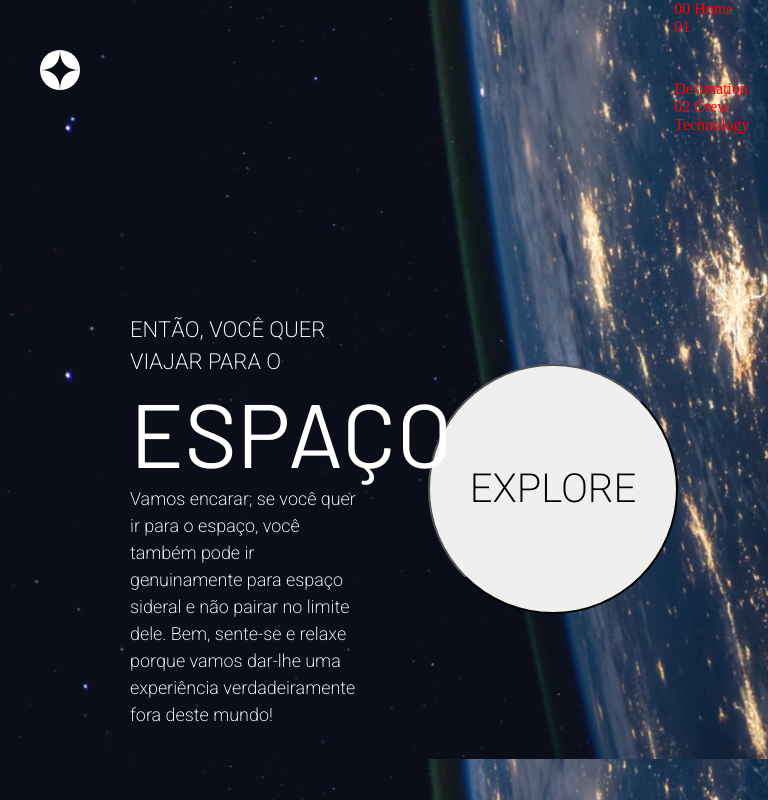
Repository: Leonngc/space-site
Page: space-tourism-website-main/space-tourism-website-main/starter-code/index.html
An editor plug-in stored every save of this project. The page is shown before and after a run of saves, followed by the edit.
The browser window is 768 px wide. The pictures show the whole page.
Some icons come from a web library that is not loaded, so they are not drawn.

Above is the page before, as saved 2023-04-29 16:26:49.

### space-tourism-website-main/space-tourism-website-main/starter-code/index.html
<!DOCTYPE html>
<html lang="pt-br">
<head>
  <meta charset="UTF-8">
  <meta name="viewport" content="width=device-width, initial-scale=1.0">
  <link rel="icon" type="image/png" sizes="32x32" href="./assets/favicon-32x32.png">
  <link rel="stylesheet" href="styles/menu.css">
  <link rel="stylesheet" href="styles/home.css">
  <!-- CDN FLATICON-->
  <link rel='stylesheet' href='https://cdn-uicons.flaticon.com/uicons-bold-rounded/css/uicons-bold-rounded.css'>
  <title>Frontend Mentor | Space tourism website</title>
</head>
<body>

  <header>
    <img src="assets/shared/logo.svg" alt="" class="logo">
    <div class="line"></div>

    <ul class="menu">
    <li class="item-menu active"><a href="#">00 Home</a></li>
    <li class="item-menu"><a href="#">01 Destination</a></li>
    <li class="item-menu"><a href="#">02 Crew</a></li>
    <li class="item-menu"><a href="#">03 Technology</a></li>
    </ul>


    <div class="menu-mobile-container">
      <button class="burguer-button"><i class="fi fi-br-menu-burger"></i></button>

      <ul class="menu-mobile">
        <li class="item-menu-mobile">00 Home</li>
        <li class="item-menu-mobile">01 Destination</li>
        <li class="item-menu-mobile">02 Crew</li>
        <li class="item-menu-mobile">Technology</li>
      </ul>
    </div>
  </header>

<div class="container-button">
    <button>Explore</button>
  </div>
<div class="text-box">
    <span>Então, você quer viajar para o</span>
    <h1>Espaço</h1>
    <p>
      Vamos encarar; se você quer ir para o espaço, você também pode ir genuinamente para
      espaço sideral e não pairar no limite dele. Bem, sente-se e relaxe
      porque vamos dar-lhe uma experiência verdadeiramente fora deste mundo!
    </p>
</div>



</body>
</html>

### space-tourism-website-main/space-tourism-website-main/starter-code/styles/menu.css
@import url('https://fonts.googleapis.com/css2?family=Heebo:wght@200&display=swap');

*{
    padding: 0;
    margin: 0;
}

header{
    display: flex;
    justify-content: space-between;
}

.menu{
    margin-top: 20px;
    display: flex;
    width: 90vw ;
    height: 12vh;
    position: relative;
    justify-content: space-between;
    list-style: none;
    background: rgba(255, 255, 255, 0.21);
    background: rgba(255, 255, 255, 0.08);
    box-shadow: 0 4px 30px rgba(0, 0, 0, 0.1);
    backdrop-filter: blur(5px);
    -webkit-backdrop-filter: blur(5px);
}

.item-menu{
    margin: auto;

}

.item-menu a{
    text-decoration: none;
    font-family: 'Heebo', sans-serif;
    color: white;
}

.active{
  border-bottom: 3px solid white;
}

.line{
    background-color:  rgba(255, 255, 255, 0.21);

    height: 2px;
    width: 1110px;
    margin-top: 68px;
    margin-left: 30px;
}

.logo{
    margin-top: 30px;
    margin-left: 20px;
    width: 40px;
    height: 40px;
    padding: 20px;
}

@media screen and (max-width: 900px){
    .menu{
        display: none;
    }

    .line{
        display: none;
    }


    .burguer-button {
        font-size: 40px;
        background-color: rgba(255, 255, 255, 0);
        color: #dbe5e6;
        border: none;
        margin-top: 50px;
        float: right;
        padding: 15px;
    }
    .menu-mobile{
        list-style: none;
        color: red;
    }

    .item-menu-mobile{
        padding: 0;
    }

}

### space-tourism-website-main/space-tourism-website-main/starter-code/styles/home.css
@import url('https://fonts.googleapis.com/css2?family=Barlow&display=swap');
@import url('https://fonts.googleapis.com/css2?family=Heebo:wght@200&display=swap');
/*  font-family: 'Barlow', sans-serif;
    font-family: 'Heebo', sans-serif;
*/

:root{
    --title-font: 'Barlow';
    --paragraph-font: 'Heebo';
}

body{
    background-image: url(../assets/home/background-home-desktop.jpg);
    background-size: cover;
    background-position: center center;
}


.text-box{
    margin-top: 150px;
    padding: 30px;
    margin-left: 100px;
    width: 30vw;
    color: white;
}

span{
    font-family: var(--paragraph-font);
    font-size: 22px;
    text-transform: uppercase;
}

h1{
    font-family: var(--title-font);
    font-size: 90px;
    font-weight: 200;
    text-transform: uppercase;
}

p{
    font-family: var(--paragraph-font), sans-serif;
    font-size: 18px;
}

.container-button{
    float: right;
    margin-top: 230px;
    margin-right: 90px;
    margin-bottom: 30px;
}

.container-button button{
    width: 250px;
    height: 250px;
    border-radius: 50%;
    font-size: 40px;
    font-family: var(--paragraph-font);
    font-weight: 200;
    text-transform: uppercase;
}

After the next 4 saves:
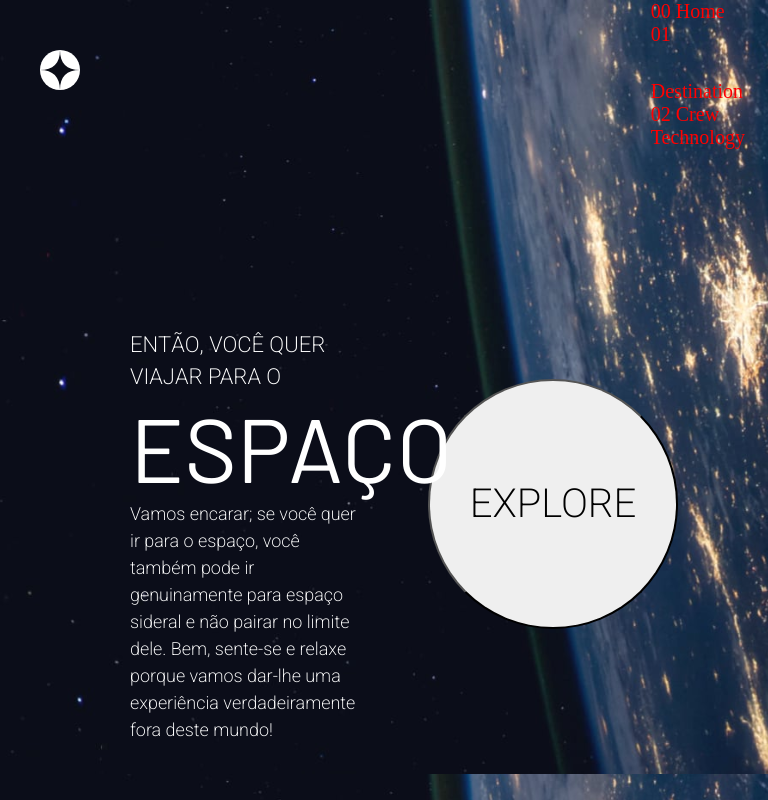
The 4 saves are shown as one change because they came seconds apart.
The last was saved 9 s later.
--- a/space-tourism-website-main/space-tourism-website-main/starter-code/styles/menu.css
+++ b/space-tourism-website-main/space-tourism-website-main/starter-code/styles/menu.css
@@ -82,7 +82,7 @@ header{
     }
 
     .item-menu-mobile{
-        padding: 0;
+        font-size: 20px;
     }
 
 }
